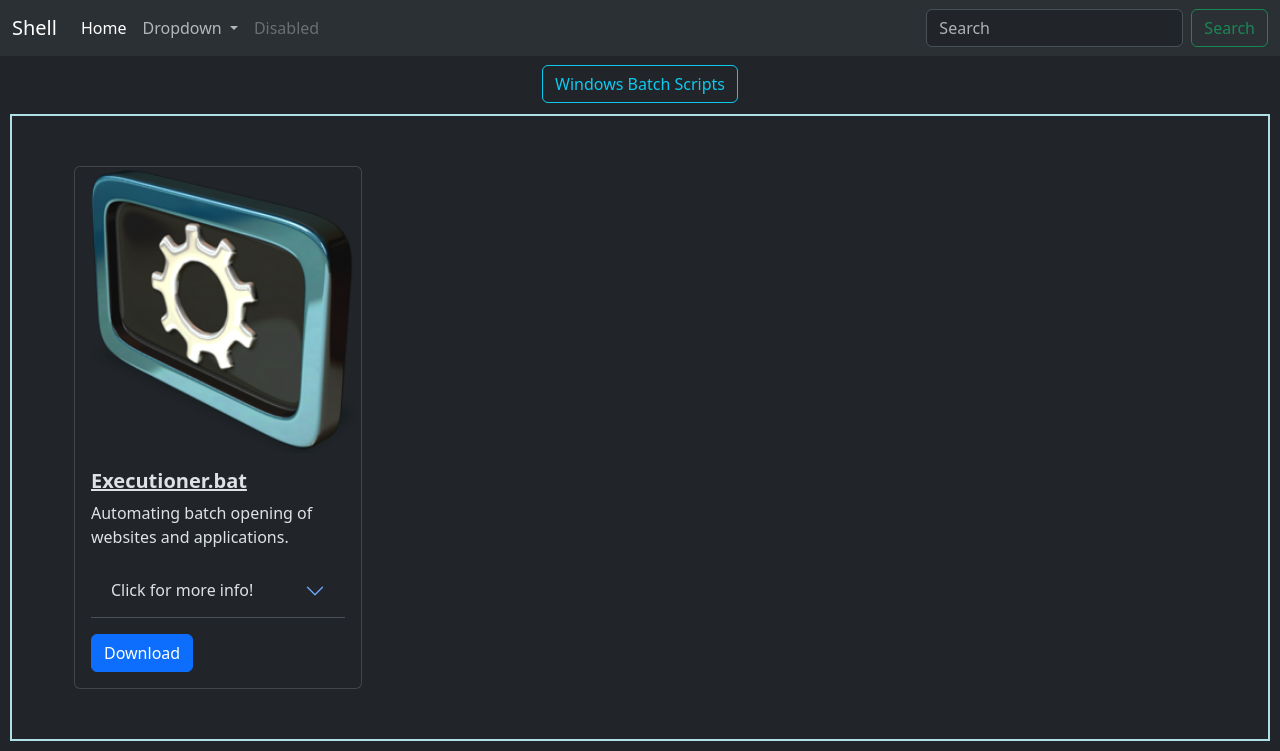
Repository: VictoriousMango/Archive
Page: index.html
The author's editor kept a copy of each file at every save. The page is drawn from the files as they stood at one save, then again after the next save.
The browser window is 1280 px wide. The pictures show the whole page.

Above is the page before, as saved 2024-06-06 01:17:19.

### index.html
<!doctype html>
<html lang="en">
    <head>
        <meta charset="utf-8">
        <meta name="viewport" content="width=device-width, initial-scale=1">
        <title>Bootstrap demo</title>
        <link href="https://cdn.jsdelivr.net/npm/bootstrap@5.3.3/dist/css/bootstrap.min.css" rel="stylesheet" integrity="sha384-QWTKZyjpPEjISv5WaRU9OFeRpok6YctnYmDr5pNlyT2bRjXh0JMhjY6hW+ALEwIH" crossorigin="anonymous">    </head>
    <body data-bs-theme="dark">
        <!-- NavBar -->
        <nav class="navbar navbar-expand-lg bg-body-tertiary ">
            <div class="container-fluid">
                <a href="#" class="navbar-brand" role="button" onclick="Toggling()">Shell</a>
              <button class="navbar-toggler" type="button" data-bs-toggle="collapse" data-bs-target="#navbarSupportedContent" aria-controls="navbarSupportedContent" aria-expanded="false" aria-label="Toggle navigation">
                <span class="navbar-toggler-icon"></span>
              </button>
                <div class="collapse navbar-collapse" id="navbarSupportedContent">
                    <ul class="navbar-nav me-auto mb-2 mb-lg-0">
                    <li class="nav-item">
                        <a class="nav-link active" aria-current="page" href="#">Home</a>
                    </li>
                    <li class="nav-item dropdown">
                        <a class="nav-link dropdown-toggle" href="#" role="button" data-bs-toggle="dropdown" aria-expanded="false">
                        Dropdown
                        </a>
                        <ul class="dropdown-menu">
                        <li><a class="dropdown-item" href="#Batch">Windows Batch Scripts</a></li>
                        </ul>
                    </li>
                    <li class="nav-item">
                        <a class="nav-link disabled" aria-disabled="true">Disabled</a>
                    </li>
                    </ul>
                    <form class="d-flex" role="search">
                        <input class="form-control me-2" type="search" placeholder="Search" aria-label="Search">
                        <button class="btn btn-outline-success" type="submit">Search</button>
                    </form>
                </div>
            </div>
        </nav>
        <!-- NavBar -->

        <!-- Windows Batch File -->
        <h1 style="text-align : center;" id="Batch"><button type="button" class="btn btn-outline-info">Windows Batch Scripts</button></h1>
        <div class="row" style="border: 2px solid powderblue; margin: 10px; padding: 50px;">
            <!-- First Card -->
            <div class="col">
                <div class="card" style="width: 18rem;">
                    <img src="Images\MS-DOS_Batch_File.png" class="card-img-top" alt="...">
                    <div class="card-body">
                        <h5 class="card-title"><b><u>Executioner.bat</u></b></h5>
                        <p class="card-text">
                            Automating batch opening of websites and applications.
                            <div class="accordion accordion-flush" id="accordionFlushExample">
                                <div class="accordion-item">
                                  <h2 class="accordion-header">
                                    <button class="accordion-button collapsed" type="button" data-bs-toggle="collapse" data-bs-target="#flush-collapseOne" aria-expanded="false" aria-controls="flush-collapseOne">
                                      Click for more info!
                                    </button>
                                  </h2>
                                  <div id="flush-collapseOne" class="accordion-collapse collapse" data-bs-parent="#accordionFlushExample">
                                    <div class="accordion-body">
                                        <ul>
                                            <li>It will store different links in some sort of groups defined and structured by you.</li>
                                            <li>After creating groups, you can use this application to open multiple websites and applications in a batch simultaneously.</li>
                                            <li>This can be used as a productivity tool, for automating opening of few applications by entering just the name of group.</li>
                                        </ul>
                                    </div>
                                  </div>
                                </div>
                        </p>
                        <a href="Groups/Projects/Executioner.bat" class="btn btn-primary" download>Download</a>
                    </div>
                  </div>
            </div>
        </div>
        <!-- Windows Batch File -->

        <!-- Including JS -->
        <script src="https://cdn.jsdelivr.net/npm/bootstrap@5.3.3/dist/js/bootstrap.bundle.min.js" integrity="sha384-YvpcrYf0tY3lHB60NNkmXc5s9fDVZLESaAA55NDzOxhy9GkcIdslK1eN7N6jIeHz" crossorigin="anonymous"></script>
        <!-- JS for the web page -->
        <script>
            function Toggling() {
                console.log("Clicked the toggle button")
                console.log()
                var element = document.body;
                element.dataset.bsTheme = element.dataset.bsTheme=="light"?"dark":"light"
            }
        </script>
    </body>
</html>

After the next save:
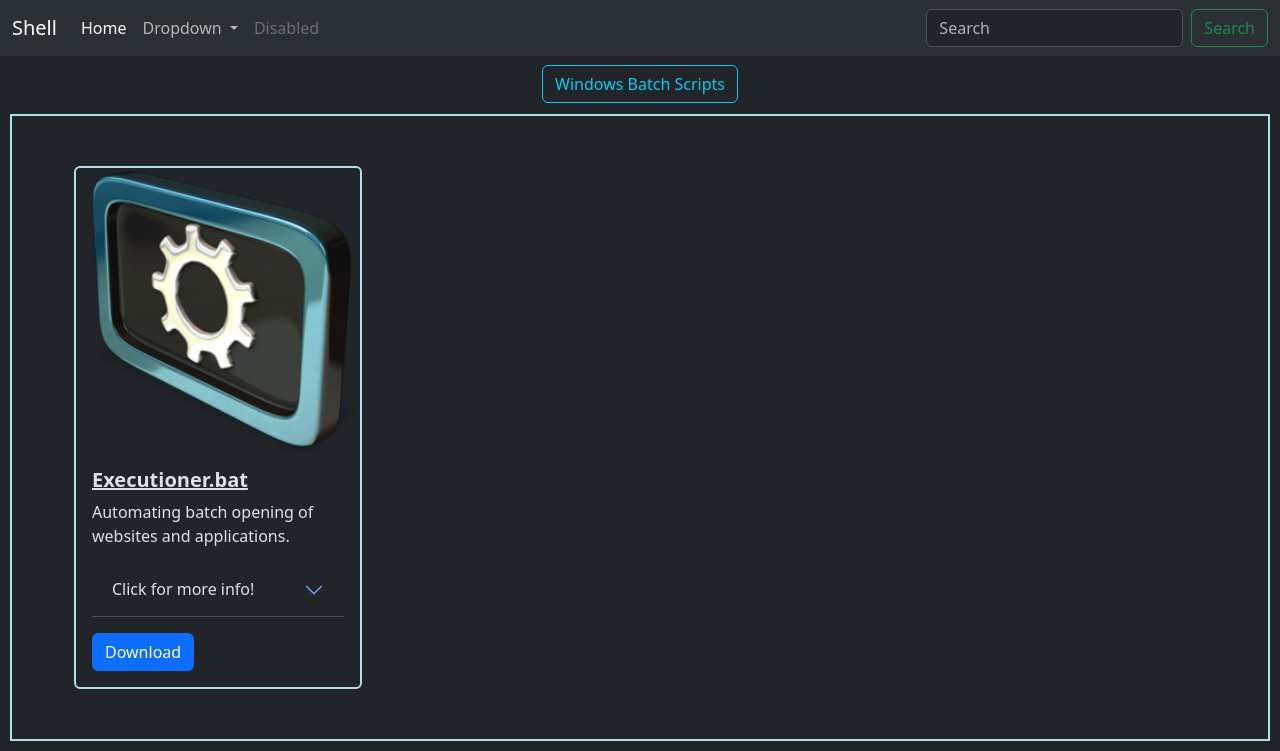
Saved 13 min 53 s later.
--- a/index.html
+++ b/index.html
@@ -44,7 +44,7 @@
         <div class="row" style="border: 2px solid powderblue; margin: 10px; padding: 50px;">
             <!-- First Card -->
             <div class="col">
-                <div class="card" style="width: 18rem;">
+                <div class="card" style="width: 18rem; border: 2px solid powderblue;">
                     <img src="Images\MS-DOS_Batch_File.png" class="card-img-top" alt="...">
                     <div class="card-body">
                         <h5 class="card-title"><b><u>Executioner.bat</u></b></h5>
